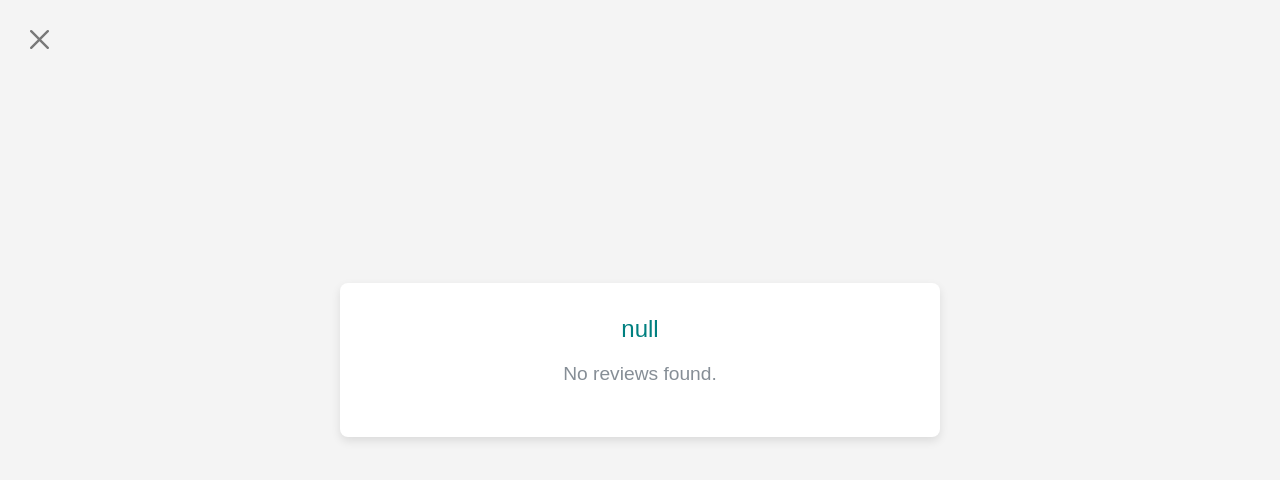
Repository: Sanjana-Inapakolla/Find-your-Roomie-website
Page: http://localhost/MiniProject/HostelSearch
The author's editor kept a copy of each file at every save. The page is drawn from the files as they stood at one save, then again after the next save.
The browser window is 1280 px wide. The pictures show the whole page.
The page is served by Tomcat 10. Queries for data that is not in the repository find no rows.

Above is the page before, as saved 2024-11-13 11:11:00.

After the next save:
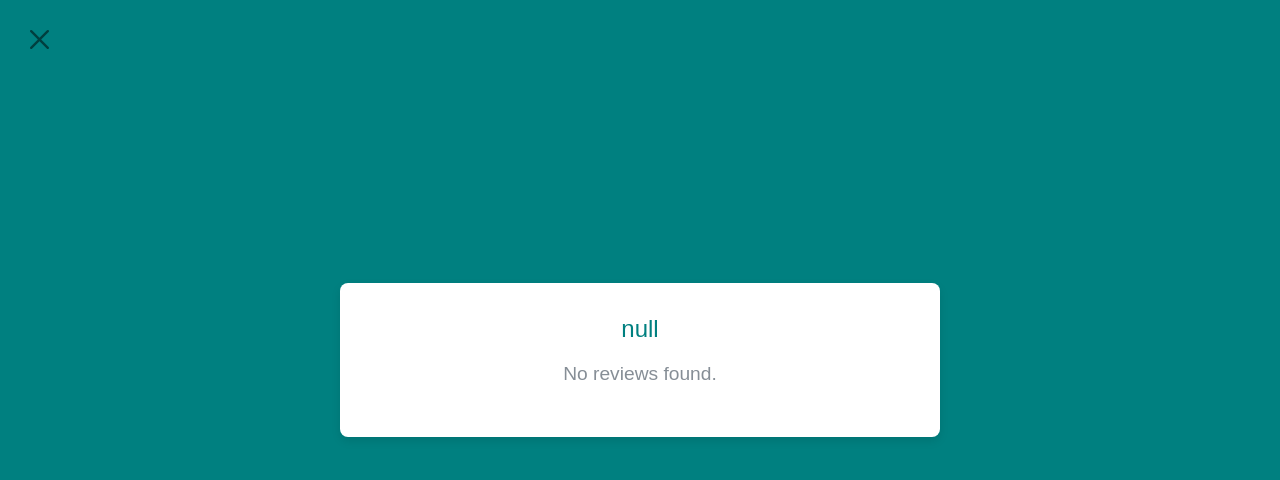
Saved 101 s later.
--- a/mini-project(jfst)/MiniProject/src/main/webapp/SearchReview.jsp
+++ b/mini-project(jfst)/MiniProject/src/main/webapp/SearchReview.jsp
@@ -12,7 +12,7 @@
     /* General Body Styling */
     body {
         font-family: Arial, sans-serif;
-        background-color: #f4f4f4; /* Light gray for the background */
+        background-color:#008080; /* Light gray for the background */
         color: #333;
         margin: 0;
         padding: 0;
